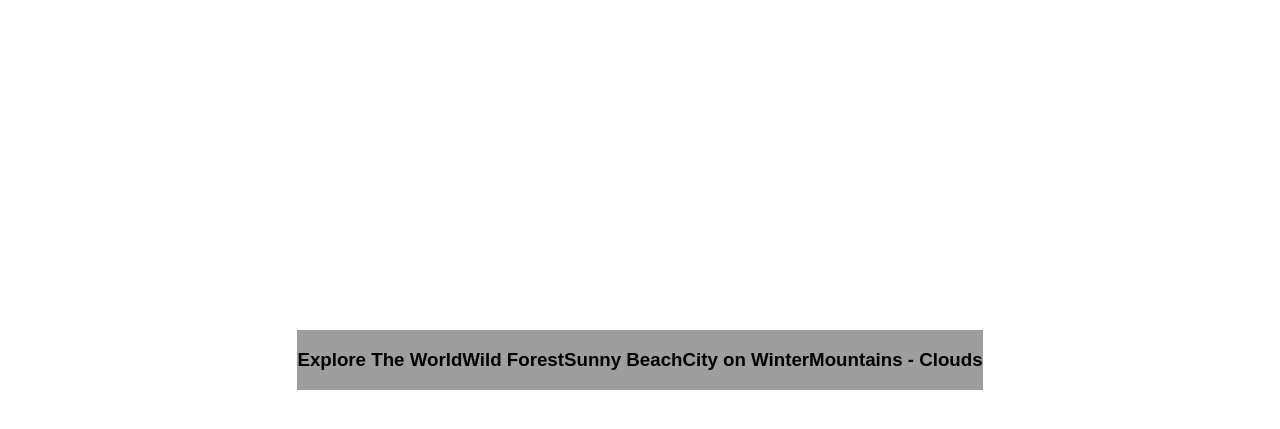
Repository: cyborgEneki/50Projects50Days
Page: expanding_cards/index.html
These files come from the project's save history. The page is drawn as it stood at one moment and after a run of saves; the edit follows.
The browser window is 1280 px wide. The pictures show the whole page.
Pictures or frames that could not be fetched are drawn as grey boxes. Some web fonts or font styles are not loaded; a fallback is used.

Above is the page before, as saved 2021-01-01 11:13:25.

After the next 2 saves:
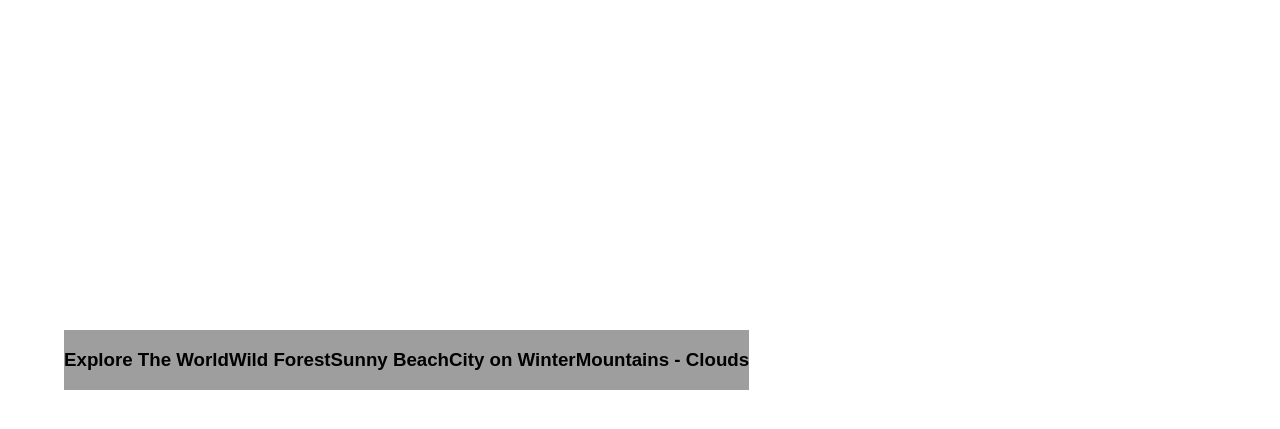
The 2 saves are shown as one change because they came seconds apart.
The last was saved 36 s later.
--- a/expanding_cards/style.css
+++ b/expanding_cards/style.css
@@ -16,4 +16,5 @@ body {
 
 .container {
     display: flex;
+    width: 90vw;
 }
